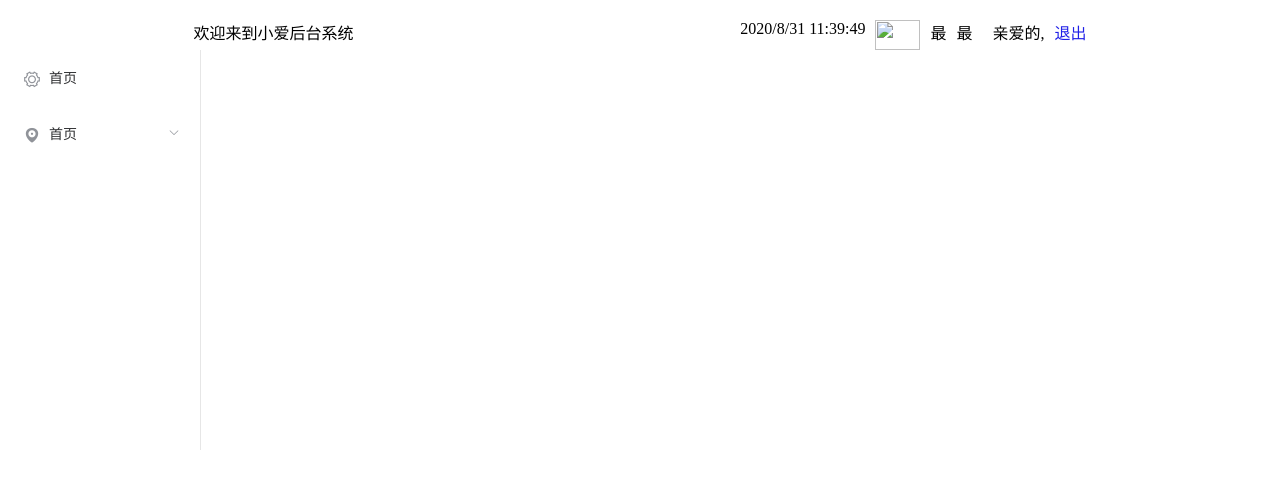
Repository: wujingwenwu/system
Page: /Home
An editor plug-in stored every save of this project. The page is shown before and after the next save, followed by the edit.
The browser window is 1280 px wide. The pictures show the whole page.
The page's requests for data from a server got no answer. The project was rebuilt for these pictures with package versions that can differ from the ones it lists, and the page was loaded fresh each time. No one was signed in, and anything a server would have sent is missing. Also part of the build but not shown: vue.config.js.

Above is the page before, as saved 2020-08-31 14:23:33.

### public/index.html
<!DOCTYPE html>
<html lang="en">
  <head>
    <meta charset="utf-8">
    <meta http-equiv="X-UA-Compatible" content="IE=edge">
    <meta name="viewport" content="width=device-width,initial-scale=1.0">
    <link rel="icon" href="<%= BASE_URL %>favicon.ico">
    <title><%= htmlWebpackPlugin.options.title %></title>
  </head>
  <body>
    <noscript>
      <strong>We're sorry but <%= htmlWebpackPlugin.options.title %> doesn't work properly without JavaScript enabled. Please enable it to continue.</strong>
    </noscript>
    <div id="app"></div>
    <!-- built files will be auto injected -->
    <!--[if lte IE 9]>
    <div style='position:absolute; top: 50%; left:50%; margin-top: -50px;margin-left: -400px; align-items: center;justify-content: center;'>
      <div style='width: 800px; height: 100px;text-align: center'>
        <h1>
        您的浏览器版本过低 请下载最新的谷歌浏览器
      </h1>
      <div style='text-align: center;width: 800px'>
        <a href='https://www.chromestatus.com/feature/5636954674692096'>下载谷歌浏览器点此链接</a>
      </div>
      </div>
    </div>
  <![endif]-->
  </body>
</html>

### src/main.js
import Vue from "vue";
import App from "./App.vue";
import router from "./router";
import store from "./store";
import './bus'
import axios from 'axios';
import ElementUI from 'element-ui'
import 'element-ui/lib/theme-chalk/index.css'
Vue.config.productionTip = false;
Vue.prototype.$axios = axios;
Vue.use(ElementUI)
new Vue({
  router,
  store,
  render: h => h(App)
}).$mount("#app");

### src/App.vue
<template>
  <div id="app">
    <router-view />
  </div>
</template>

<style lang="scss">
@import "../src/style/demo";
* {
  margin: 0;
  padding: 0;
}
</style>

### src/router/index.js
import Vue from "vue";
import VueRouter from "vue-router";
import Home from "../views/Home.vue";
import Public from '../views/publics/Public'
Vue.use(VueRouter);

const routes = [
  {
    path: '/Home',
    redirect: '/'
  },
  {
    path: "/about",
    name: "About",
    // route level code-splitting
    // this generates a separate chunk (about.[hash].js) for this route
    // which is lazy-loaded when the route is visited.
    component: () =>
      import(/* webpackChunkName: "about" */ "../views/About.vue")
  },
  {
    path: "/login",
    name: "Login",
    component: () =>
      import("../views/login/Login"),

  },
  {
    path: "/",
    name: "首页",
    component: Public,
      children:[
        {
          path: "",
          name: "Home",
          component: Home,
          meta: {
            title: "用户管理",
            icon:'el-icon-s-home'
          },


      }
      ]
  },
  {
    path: "/user",
    name: "用户管理",
    component: Public,
    meta: {
      title: "用户管理",
      icon:'',
    },
      children:[
        {
          path: "users",
          name: "Users",
          component: () =>import("../views/users/Users"),
          meta: {
            title: "用户列表",
            icon:''
          },
      }

      ]
  },
  {
    path: "/",
    name: "Public",
    component: Public,
    meta: {
      title: "权限管理",
      parentPath: '/rights'
    },
      children:[
        {
          path: "/roles",
          name: "Roles",
          component: () =>import("../views/roles/Roles"),
          meta: {
            title: "角色列表",
            parentPath: '/roles'
          },
      },
      {
        path: "/rights",
        name: "Roles",
        component: () =>import("../views/rights/Rights"),
        meta: {
          title: "权限列表",
          parentPath: '/rights'
        },
    },
      ]
  },
  {
    path: "/",
    name: "Public",
    component: Public,
    meta: {
      title: "商品管理",
      parentPath: '/rights'
    },
      children:[
        {
          path: "/goods",
          name: "Goods",
          component: () =>import("../views/goods/Goods"),
          meta: {
            title: "商品列表",
            parentPath: '/goods'
          },
      },
      {
        path: "/params",
        name: "Params",
        component: () =>import("../views/params/Params"),
        meta: {
          title: "分类参数",
          parentPath: '/params'
        },
    },
    {
      path: "/categories",
      name: "Categories",
      component: () =>import("../views/categories/Categories"),
      meta: {
        title: "商品分类",
        parentPath: '/categories'
      },
  },
      ]
  },
  {
    path: "/",
    name: "Public",
    component: Public,
    meta: {
      title: "订单管理",
      parentPath: '/orders'
    },
      children:[
        {
          path: "/orders",
          name: "Orders",
          component: () =>import("../views/orders/Orders"),
          meta: {
            title: "订单列表",
            parentPath: '/orders'
          },
      }

      ]
  },
  {
    path: "/",
    name: "Public",
    component: Public,
    meta: {
      title: "数据统计",
      parentPath: '/reports'
    },
      children:[
        {
          path: "/reports",
          name: "Reports",
          component: () =>import("../views/reports/Reports"),
          meta: {
            title: "数据报表",
            parentPath: '/reports'
          },
      }

      ]
  },
];

const router = new VueRouter({
  mode: "history",
  base: process.env.BASE_URL,
  routes
});

export default router;

### src/store/index.js
import Vue from "vue";
import Vuex from "vuex";
import login from './login/login';
import publics from './publics/publics'
Vue.use(Vuex);

export default new Vuex.Store({
  state: {},
  mutations: {},
  actions: {},
  modules: {
    login,
    publics
  }
});

### src/bus/index.js
import Vue from 'vue'
const bus = new Vue()
Vue.prototype.$bus = bus

### src/style/demo.scss
.d-f{
    display: flex;
    /* 弹性盒模型 */
}
.f-s-12{
    font-size: 12px;
    /* 字体大小为12px */
}
.f-s-14{
    font-size: 14px;
    /* 字体大小为14px */
}
.f-s-16{
    font-size: 16px;
    /* 字体大小为16px */
}
.f-w{
    font-weight: 700;
    /*字体 加粗 */
}
.f-c-ho{
    color: #f00;
    /* 红色 */
}
.f-c-hu{
    color: #ccc;
    /* 灰色 */
}
.f-c-b{
    color: #ffffff;
    /* 白色 */
}
.f-c-he{
    color: #000;
    /* 黑色 */
}
.t-a-l{
    text-align: left;
    /* 文本左对齐 */
}
.t-a-c{
    text-align: center;
    /* 文本居中 */
}
.t-a-r{
    text-align: right;
    /* 文本右对齐 */
}
.t-d-u{
    text-decoration: underline;
    /* 装饰在文本底部 */
}
.t-d-o{
    text-decoration: overline;
    /* 装饰在顶部 */
}
.t-d-l-t{
    text-decoration: line-through;
    /* 装饰在文本中间 */
}
.d-i{
    display: inline;
    /* 块级元素装换成行内元素 */
}
.d-i-b{
    display: inline-block;
    /* 块级元素装换成行内块元素 */
}
.d-b{
    display: block;
    /* 行内和行内块元素装换成块级元素 */
}
.d-n{
    display: none;
    /* 隐藏元素 */
}
.p-r{
    position: relative;
    /* 相对定位 */
}
.p-a{
    position: absolute;
    /* 绝对定位 */
}
.p-f{
    position: fixed;
    /* 固定定位 */
}
.b-r-50{
    border-radius: 50%;
    /* 圆角为50% */
}
.j-c-s-a{
    justify-content: space-around;
   /* 两边的子元素距离父元素的两边有间距，然后中间距离自动等分 */
}
.j-c-s-b{
    justify-content: space-between;
    /* 两边的子元素距离父元素没有间距，然后中间距离自动等分 */

}
.j-c-c{
    justify-content: center;
     /* 所有的子元素相当于父元素水平居中 */
}
.a-i-c{
    align-items: center;
    /* （竖轴排列方式）子元素相当于父元素垂直方向居中 */
}
.f-d-c{
    flex-direction: column;
    /* 弹性盒模型的竖项排列方式 */
}
*{
  margin: 0;
  padding: 0;
  /* 清除游览器的痕迹 */
}
.conter{
    display: flex;
    justify-content: center;
    /* 弹性盒模型，所有的文本在页面的中间 */
}
.warp{
   width: 1280px;
   /* 宽度为1280px，基本上不会超过1400px */
}
.o-h{
    overflow: hidden;
    /* 超出部分隐藏 */
}
.w-o-t{
    white-space: nowrap;
    overflow: hidden;
    text-overflow: ellipsis;
    /* 超出部分隐藏（只限字体） */
}
.d-n{
    display: none;
    /* 不占位置 */
}
.v-h{
    visibility: hidden;
    /* 占位置 */
}
.f-w-w{
    flex-wrap: wrap;
    /* 换行 */
}
.w-s-n{
    white-space: nowrap;
    /* 内容不换行 */
}
.m-t-20{
    margin-top: 20px;
    /* 向下20 */
}
.m-l-20{
    margin-left: 20px;

}
.m-t-10{
    margin-top: 10px;
}
.m-l-10{
    margin-left: 10px;
}
.b-c-hong{
    background-color: red;
}
.b-c-hei{
    background-color: black;
}
.b-c-bai{
    background-color: #ffffff;
}
.b-c-hui{
    background-color: #ccc;
}
.b-1-s-hong{
    border: 1px solid red;
}
.b-1-d-hong{
    border: 1px dashed red;
}
.b-1-s-bai{
    border: 1px solid #ffffff;
}
.b-1-d-bai{
    border: 1px dashed #ffffff;
}
.b-1-s-hei{
    border: 1px solid black;
}
.b-1-d-hei{
    border: 1px dashed black;
}
.b-1-s-hui{
    border: 1px solid #ccc;
}
.b-1-d-hui{
    border: 1px dashed #ccc;
}
.b-l-n{
    border-left: none;
    /* 左边框隐藏 */
}
.b-t-n{
    border-top: none;
}
.b-r-n{
    border-right: none;
}
.b-b-n{
    border-bottom: none;
}
.m-t-15{
    margin-top: 15px;
}
.m-t-30{
    margin-top: 30px;
}
.m-t-5{
    margin-top: 5px;
}
.b-none{
    border: none;
}
.f-s-18{
    font-size: 18px;
}
.m-l--10{
    margin-left: -10px;
}
.m-l-40{
    margin-left: 40px;
}
.m-t-40{
    margin-top: 40px;
}
.o-n{
    outline: none;
    /* 隐藏边框 */
}

### src/views/Home.vue
<template>
 <div>
    <el-menu
      default-active="2"
      class="el-menu-vertical-demo"
      @open="handleOpen"
      @close="handleClose">
       <el-menu-item index="4">
        <i class="el-icon-setting"></i>
        <span slot="title">首页</span>
      </el-menu-item>
      <el-submenu index="1">
        <template slot="title">
          <i class="el-icon-location"></i>
          <span>首页</span>
        </template>
        <el-menu-item-group>
          <el-menu-item index="1-1">选项1</el-menu-item>
          <el-menu-item index="1-2">选项2</el-menu-item>
        </el-menu-item-group>
      </el-submenu>



    </el-menu>

 </div>
</template>

<script>
import { createNamespacedHelpers } from 'vuex'
const userModule = createNamespacedHelpers('publics')
const { mapState: userState, mapActions: userActions } = userModule
 export default {
   name:'',
   props:{

    },
   data () {
     return {

   }
   },
   components: {

   },
   methods: {
   ...userActions(['getMenus']),
   },
   mounted() {
   this.getMenus()
   },
   watch: {

   },
   computed: {
   ...userState(['menus'])
   }
 }
</script>

<style scoped lang='scss'>
.el-menu-vertical-demo:not(.el-menu--collapse) {
    width: 200px;
    min-height: 400px;
  }
</style>

### src/views/publics/Public.vue
<template>
<div>
  <div class="d-f publics j-c-s-a m-t-20">
    <div>欢迎来到小爱后台系统</div>
    <div class="d-f">
    <div>  {{ nowDate + ' ' + nowTime + ' ' }}</div>
     <div class="d-f m-l-10">

    <img :src="img" alt="" class="img">
    <div class="m-l-10">{{weather.type}}</div>
    <div>最{{weather.high}}</div>
    <div class="m-l-10">最{{weather.low}}</div>
    <div class="m-l-20">亲爱的,{{user}}</div>
    <div class="m-l-10 color">退出</div>
    </div>
    </div>
  </div>
  <router-view></router-view>
  </div>
</template>

<script>

export default {
  name: "",
  props: {},
  data() {
    return {
      nowDate: "", // 当前日期
      nowTime: "", // 当前时间
      hous:'',
      weather:'',
      img:'',
      user:''
    };
  },
  components: {},
  methods: {

      //获取当前时间
    currentTime() {
            setInterval(this.getDate, 500);
        },
        getDate: function() {
            var _this = this;
            let yy = new Date().getFullYear();
            let mm = new Date().getMonth() + 1;
            let dd = new Date().getDate();
            let hh = new Date().getHours();
            this.hous=new Date().getHours()
            let mf =
                new Date().getMinutes() < 10
                    ? "0" + new Date().getMinutes()
                    : new Date().getMinutes();
               let my =
                new Date().getSeconds() < 10
                    ? "0" + new Date().getSeconds()
                    : new Date().getSeconds();
            _this.nowTime = hh + ":" + mf +":"+ my;
            _this.nowDate = yy + "/" + mm + "/" + dd;
        },

  },
  mounted() {


      this.currentTime();
      //获取天气
     this.$axios
      .get("http://wthrcdn.etouch.cn/weather_mini?city=成都")
      .then((res) =>{
        // console.log(res.data.data);
        this.weather=res.data.data.forecast[0]//获取到当天的天气
        // console.log(this.weather);
        if(this.weather.type=='多云'){
            this.img=require("../../image/90XB9(C7P}7EJ59[7O99%K5.png")
        }if(this.weather.type=='晴天'){
          this.img=require("../../image/{}BC(0D8R~BDMVK70GMGXYT.png")
        }

      })
      .catch((err) =>{
        console.log(err);
      });
    this.user=localStorage.getItem('user')
  },
   // 销毁定时器
    beforeDestroy: function() {
        if (this.getDate) {
            console.log("销毁定时器")
            clearInterval(this.getDate); // 在Vue实例销毁前，清除时间定时器
        }
    },
  watch: {},
  computed: {

  }
};
</script>

<style scoped lang='scss'>
.img{
    width: 45px;
    height: 30px;
}
.color{
    color: rgb(31, 31, 231);
}
</style>

### src/store/login/login.js
import api from '../../components/http/api';
import router from '../../router';
import {Message} from 'element-ui';

export default {
  // 开启命名空间 这个文件就是单独的一个vuex的模块
  namespaced: true,
  state: {
    menus: []
  },
  mutations: {
    setMenus(state, data) {
      state.menus = data
    }
  },
  actions: {
    // 所有的请求都写在actions里面
    // action里面的方法可以传两个参数 第一个参数是整个store(vuex对象) 第二个参数是请求的参数

    async login( {commit},{username, password}) {
      console.log(commit);
      let res = await api.login({
        username,
        password
      })
      if (res.meta.status === 200) {
        // 存储信息
        localStorage.setItem('adminToken', res.data.token)
        localStorage.setItem('adminUser', JSON.stringify(res.data))
        localStorage.setItem('user',username)
        // 跳转路由
        router.push('/publics')
        // 提示用户
        Message.success('登录成功')
      } else {
        Message.error(res.meta.msg)
      }
    }
    // getMenus() {
    //   api.getMenus().then().catch()
    // }
  },
}

### src/store/publics/publics.js
import api from '../../components/http/api';
// import router from '../../router';
// import {Message} from 'element-ui';

export default {
  // 开启命名空间 这个文件就是单独的一个vuex的模块
  namespaced: true,
  state: {
    menus: []
  },
  mutations: {
    setMenus(state, data) {
      state.menus = data
    }
  },
  actions: {
    async getMenus({commit}) {
        let res = await api.getMenus()
        if (res.meta.status === 200) {
          // 提交mutation
          commit('setMenus', res.data)
          console.log(res.data);

        }
      },

  }}

### src/components/http/api.js
import service from './index'

export default {
  login({username, password}) {
    return service.post('/login', {
      username,
      password
    })
  },
  getMenus() {
    return service.get('menus')
  }
}

### src/components/http/index.js
import axios from 'axios'
import nprogress from 'nprogress'
import {Message} from 'element-ui'

// 运行环境: 本地环境:devlpment 和线上(生产)环境: production
const isPro = process.env.NODE_ENV === 'production'

// 创建一个axios的实例
const service = axios.create({
  // 基础路径: 需要根据当前的运行环境来判断
  baseURL: isPro ? '线上的接口路径' : '/api',
  // 超时时间
  timeout: 100000
})


// 请求拦截: 每一次发请求都会做的事情
service.interceptors.request.use((config) => {
  nprogress.start()
  // 前后端鉴权
  // jwt: JSON WEB TOKEN
  // 登录成功之后 后端会返回一个令牌
  let token = localStorage.getItem('adminToken')
  if (token) {
    // 需要在请求头当中添加token
    config.headers['Authorization'] = token
  }
  return config
}, err => {
  nprogress.done()
  return Promise.reject(err)
})


// 响应拦截: 每一次接口返回数据的时候都会做的事情
service.interceptors.response.use((res) => {
  nprogress.done()
  return res.data
}, err => {
  if (err.response && err.response.status) {
    // 错误请求的状态码
    let status = err.response.status
    if (status === 400) {
      Message.error('参数错误')
    }
    if (status === 401) {
      Message.error('登录过期,请重新登录')
    }
    if (status === 403) {
      Message.error('没有权限')
    }
    if (status === 404) {
      Message.error('接口路径错误')
    }
    if (status === 500) {
      Message.error('服务器出错')
    }
    if (status === 503) {
      Message.error('服务器在维护')
    }
  }
  return Promise.reject(err)
})


export default service

After the next save:
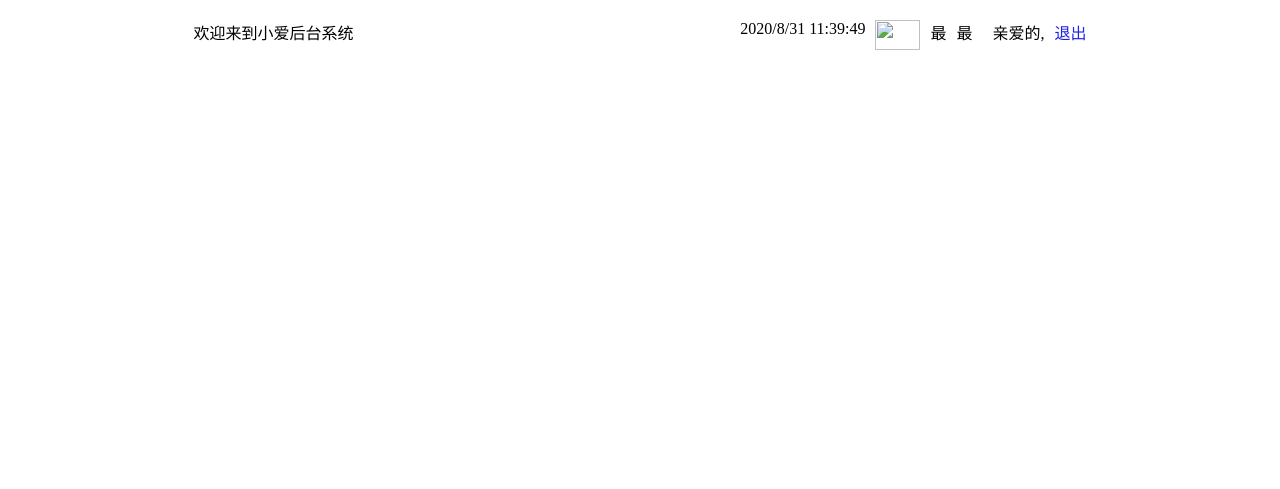
Saved 3 min 58 s later.
--- a/src/views/Home.vue
+++ b/src/views/Home.vue
@@ -1,28 +1,6 @@
 <template>
  <div>
-    <el-menu
-      default-active="2"
-      class="el-menu-vertical-demo"
-      @open="handleOpen"
-      @close="handleClose">
-       <el-menu-item index="4">
-        <i class="el-icon-setting"></i>
-        <span slot="title">首页</span>
-      </el-menu-item>
-      <el-submenu index="1">
-        <template slot="title">
-          <i class="el-icon-location"></i>
-          <span>首页</span>
-        </template>
-        <el-menu-item-group>
-          <el-menu-item index="1-1">选项1</el-menu-item>
-          <el-menu-item index="1-2">选项2</el-menu-item>
-        </el-menu-item-group>
-      </el-submenu>
 
-
-
-    </el-menu>
 
  </div>
 </template>
